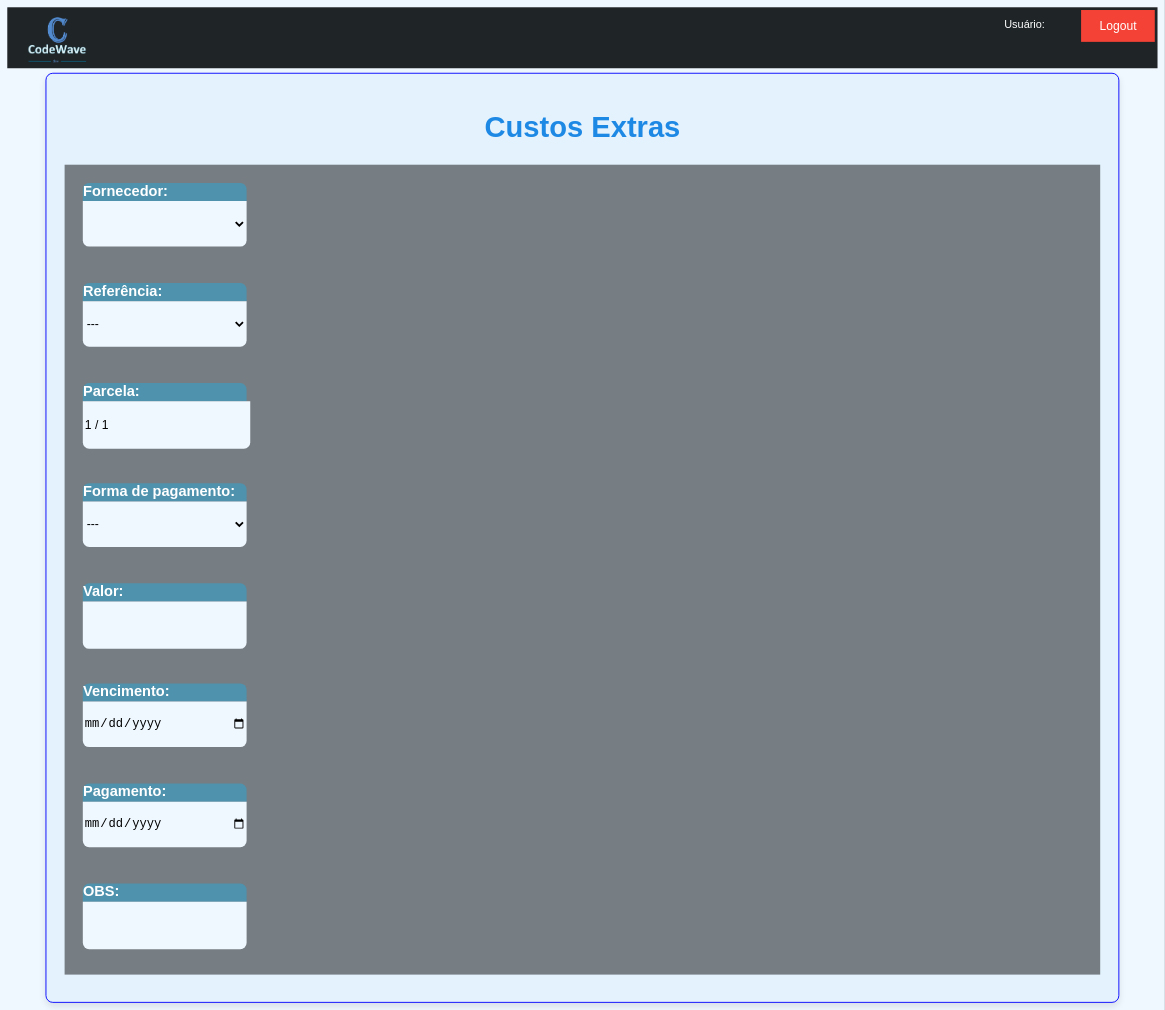
Repository: Romario-Brandao/CodeWave
Page: myproject/loja/templates/outras_despesas.html
An editor plug-in stored every save of this project. The page is shown before and after the next save, followed by the edit.
The browser window is 1280 px wide. The pictures show the whole page, at 91% of full size.
The template is drawn by Django 5.2. The application's start-up code is not run. Other server files are loaded and not shown. The template is opened directly, without the code that normally fills it, so the values that code supplies are empty.

Above is the page before, as saved 2025-03-01 01:19:58.

### myproject/loja/templates/outras_despesas.html
{% extends 'base.html' %} {% load static %} {% block body %}

<div class="form_fornecedor" style="width: 90%;">
  <h1>Custos Extras</h1>
  <div class="div_pai_custos_extras">
    <div>
      <div class="caixas_barra_pesquisa_total">
        <h4 class="nome_caixa_item_parcelas">Fornecedor:</h4>
        <select name="fornecedor" class="caixa4">
          <option value=""></option>
          {% for item in fornecedores %}
          <option value="{{item.id}}">{{item.nome}}</option>
          {% endfor %}
        </select>
      </div>
      <div class="caixas_barra_pesquisa_total">
        <h4 class="nome_caixa_item_parcelas">Referência:</h4>
        <select name="forma_pg" class="caixa4" required>
          <option value="">---</option>
        <option value="AGUA">Água</option>
        <option value="CONTADOR">Contador</option>
        <option value="ENERGIA">Energia</option>
        <option value="INTERNET">Internet</option>
        <option value="SISTEMA ERP">Sistema ERP</option>
        <!-- <option value="ENERGIA"></option> -->
        </select>
      </div>
      <div class="caixas_barra_pesquisa_total">
        <h4 class="nome_caixa_item_parcelas">Parcela:</h4>
        <input type="text" name="parcela" class="caixa4" value="1 / 1">
      </div>
      <div class="caixas_barra_pesquisa_total">
        <h4 class="nome_caixa_item_parcelas">Forma de pagamento:</h4>
        <select name="forma_pg" class="caixa4" required>
          <option value="">---</option>
          <option value="BOLETO">Boleto</option>
          <option value="C.CREDITO">C.Crédito</option>
          <option value="C.DEBITO">C.Débito</option>
          <option value="DINHEIRO">Dinheiro</option>
          <option value="PIX / TRANSFERENCIA">PIX / Transferência</option>
        </select>
      </div>
      <div class="caixas_barra_pesquisa_total">
        <h4 class="nome_caixa_item_parcelas">Valor:</h4>
        <input class="caixa2_parcelas" required name="valor" type="text" value="{{ valor_parcela }}" oninput="this.value=this.value.replace(/[^0-9,]/g, '').replace(/(,.*?)(,.*)/, '$1').replace(/(\d+),(\d{2})(\d.*)/, '$1,$2')">
      </div>
  </div>
  <div class="caixas_barra_pesquisa_total">
    <h4 class="nome_caixa_item_parcelas">Vencimento:</h4>
    <input class="caixa2_parcelas widht_data" required name="vencimento" type="date">
  </div>
  <div class="caixas_barra_pesquisa_total">
    <h4 class="nome_caixa_item_parcelas">Pagamento:</h4>
    <input class="caixa2_parcelas widht_data" name="pagamento" type="date"
    name="vencimento">
  </div>
  <div class="caixas_barra_pesquisa_total">
    <h4 class="nome_caixa_item_parcelas">OBS:</h4>
    <input class="caixa2_parcelas" type="text" name="obs"
    name="obs">
  </div>
  </div>

</div>


{% endblock %}

### myproject/loja/templates/base.html
{% load static %}
<!DOCTYPE html>
<html lang="pt-br">
  <head>
    <meta charset="UTF-8" />
    <meta name="viewport" content="width=device-width, initial-scale=1.0" />
    <title>"NOME DA EMPRESA"</title>
    <link rel="stylesheet" type="text/css" href="{% static 'css/main.css' %}" />
    <link rel="preconnect" href="https://fonts.googleapis.com" />
    <link rel="preconnect" href="https://fonts.gstatic.com" crossorigin />

    <link
      href="https://fonts.googleapis.com/css2?family=Inter:wght@400;700&display=swap"
      rel="stylesheet"
    />
  </head>
  <body>
    <div class="espaco_logo">
      <a class="imagem_logo" href="{% url 'menu' %}">
        <img src="{% static 'imagens/logo.jpeg' %}" alt="Logo" width="70px" />

        <!-- <img src="static/imagens/logo.jpeg" alt="Logo" width="70px" /> -->
      </a>
      <p class="nome_do_usuario">Usuário: {{ nome_usuario }}</p>
      <form method="POST" action="{% url 'logout' %}">
        {% csrf_token %}
        <button class="btn-logout" type="submit">Logout</button>
      </form>
    </div>

    {% block body %} {% endblock %}
  </body>
  <script>
    function applyPhoneMask(input) {
        // Remove tudo que não é número
        let value = input.value.replace(/\D/g, '');

        // Aplica a máscara (00) 0 0000-0000
        value = value.replace(/^(\d{2})(\d)/, '($1) $2');    // Coloca os parênteses e espaço
        value = value.replace(/(\d{1})(\d{4})(\d{4})$/, '$1 $2-$3'); // Coloca o espaço e traço

        // Atualiza o valor do campo
        input.value = value;
    }
  </script>
  <script>
    let isSubmitting = false;

    function preventMultipleSubmissions(form) {
      if (isSubmitting) {
        alert("O formulário já está sendo enviado. Aguarde...");
        return false;
      }
      isSubmitting = true;
      return true;
    }
  </script>
</html>

### myproject/static/css/main.css
.body_caixa {
  background-color: #09428e;
  background-color: rgba(1, 5, 8, 0.871);
  width: 1450px;
  height: 100%;
  margin: 50px 0 0 60px;
}

.caixa,
.sub_valor,
.forma_pg_valor {
  background-color: rgb(255, 255, 255);
}

.nome_caixa_item,
.nome_caixa_pg,
.titulos_lista_produtos,
.sub,
.forma_pg {
  color: rgb(255, 255, 255);
  background-color: rgba(0, 183, 255, 0.336);
}

/*  */
.cabecalho {
  background-color: blue;
  color: white;
  /* Adicione esta linha se quiser que o texto dentro do cabeçalho fique branco */
  padding: 2px;
  /* Adicione algum preenchimento para melhorar a aparência */
  display: flex;
}

.ferramentas {
  height: 83px;
  width: 200px;
  margin: 0 0 0 400px;
}

/*  */

.barra_pesquisa {
  display: flex;
  padding: 0 0 0 -10px;
}

/*  */
/*  */

.item_ferramenta {
  margin: 10px 0 0 0;
  background-color: blue;
  border-radius: 3px;
  text-align: center;
  height: 50px;
  width: 100px;
  border-radius: 7px;
  border: 1px solid black;
  color: aliceblue;
}

/*  */

.caixa_item {
  margin: 0 0 0 20px;
}

.caixa_item_compra {
  margin: 0 0 0 40px;
}

.caixa_item1 {
  margin: 0 0 0 0;
}

.sub_pg {
  display: flex;
}

.nome_caixa_item {
  border-radius: 7px 7px 0 0;
  height: 20px;
  width: 250px;
  margin: 0;
}

.caixa1 {
  border: 0;
  width: 250px;
  height: 50px;
  border-radius: 0 0 7px 7px;
  background-color: aliceblue;
  margin-top: 0;
}



.caixa_data {
  border: 0;
  width: 249px;
  height: 50px;
  border-radius: 0 0 7px 7px;
  background-color: aliceblue;
  margin-top: 0;
}

.caixa2 {
  border: 0;
  width: 246px;
  height: 50px;
  border-radius: 0 0 7px 7px;
  background-color: aliceblue;
  margin-top: 0;
}

.tamanho_cod_produto {
  width: 126px;
  height: 49px;
  margin: 0 20px 0 0;
}

.tamanho_cod_produto2 {
  width: 130px;
  margin: 0 20px 0 0;
}

.tamanho_cod_produto3 {
  margin: 0 -70px 0 80px;
}

.caixas_barra_pesquisa {
  width: 200px;
  height: 100px;
  margin: 0 0 10px 75px;
  border: 0;
}

.caixas_barra_pesquisa2 {
  width: 200px;
  height: 100px;
  margin: 0 0 10px 40px;
  border: 0;
}

.caixas_barra_pesquisa_excuir {
  width: 215px;
  height: 100px;
  margin: 0 60px 0 10px;
  border: 0;
}

.espacamento_caixa_excluir_compra {
  margin-left: 430px;
}

.caixa_botoes {
  margin: 0 0 0 70px;
}

.botao_caixa {
  width: 70px;
  height: 50px;
  border: 1px solid blue;
  margin: 0 0 0 10px;
  background-color: rgb(25, 0, 255);
  border-radius: 7px;
  color: #ffffff;
}

/*  */

.tela_principal {
  display: flex;
}

/*  */

.caixa_item_2 {
  margin: 0 10px 20px 0;
}

.caixa_item_3 {
  margin: 0 0 20px 70px;
}

.excluir_item {
  margin: 20px 0 0 7px;
}

.excluir_item {
  margin: 20px 0 0 70px;
}

.titulos_lista_produtos {
  background-color: rgba(0, 17, 255, 0.596);
  /* text-align: justify; */
  text-align: center;
  height: 20px;
  width: 100%;
  margin: 0;
  border-radius: 5px 5px 0 0;
}

.resumo_caixa {
  border-radius: 7px;
  margin: 0 0 0 5px;
  width: 990px;
  height: 343px;
  background-color: rgb(255, 255, 255);
  overflow-y: auto;
}

.resumo_caixa2 {
  margin: 0 0 0 -780px;
}

.resumo_caixa3 {
  border-radius: 7px;
  margin: 0 0 0 5px;
  width: 830px;
  height: 343px;
  background-color: rgb(255, 255, 255);
  overflow-y: auto;
}

.div_excluir_servico {
  display: flex;
  margin: 0 0 0 600px;
}

.sub {
  width: 290px;
  margin: 21px 10px 0 620px;
  border-radius: 7px 7px 0 0;
}

.sub_valor {
  width: 290px;
  height: 49px;
  margin: 0 10px 0 620px;
  border-radius: 0 0 7px 7px;
}

.forma_pg {
  width: 290px;
  margin: 21px 10px 0 10px;
  border-radius: 7px 7px 0 0;
}

.forma_pg_valor {
  width: 290px;
  height: 49px;
  margin: 0 80px 0 10px;
  border-radius: 0 0 7px 7px;
}

.butao_excluir_servico {
  width: 120px;
  height: 50px;
  border-radius: 7px;
  background-color: #8e091b;
  border: 1px solid white;
}

.butao_excluir_servico:hover {
  background-color: #be0b0bd2;
  border: none;
  color: white;
  cursor: pointer;
}

.finalizar_compra {
  margin: 0 0 0 10px;
}

.butao_excluir_servico1 {
  margin: 0 0 0 20px;
}

.butao_servico {
  width: 120px;
  height: 50px;
  border-radius: 7px;
  background-color: #09428e;
  border: 1px solid white;
}

.butao_servico:hover {
  background-color: #0b59be;
  border: none;
  color: white;
  cursor: pointer;
}

.botao_cadastrar_produtos,
.botao_laterar_produtos {
  display: flex;
}

.botao_adicionar {
  margin: 20px 0 0 20px;
  height: 35px;
}

.titulo_cadastro {
  display: flex;
}

tbody th {
  font-weight: normal;
  /* Remove o negrito */
  font-family: Arial, sans-serif;
  /* Altere para a fonte desejada */
  font-size: 14px;
}

.cabec_rel_prod {
  /* font-weight: normal; */
  /* Remove o negrito */
  font-family: Arial, sans-serif;
  /* Altere para a fonte desejada */
  font-size: 13px;
}

.font_rel_est {
  font-weight: normal;
  /* Caso existam células <td>, remova o negrito também */
  font-family: Arial, sans-serif;
  /* Altere para a fonte desejada */
  font-size: 11px;
}

tbody td {
  font-weight: normal;
  /* Caso existam células <td>, remova o negrito também */
  font-family: Arial, sans-serif;
  /* Altere para a fonte desejada */
  font-size: 14px;
}

table {
  width: 100%;
  border-collapse: collapse;
}

th,
td {
  /* border: 1px solid black;
  padding: 8px; */
  text-align: left;
}

tr:nth-child(even) {
  background-color: #add8e6;
  /* Cor azul claro */
}

.bloco_filtro {
  margin: 0 50px 20px 10px;
  border-left: 1px solid rgb(248, 3, 3);
}

.itens_bloco_filtro {
  margin: 0 0 0 10px;
}

.bloco_cad_prod,
.bloco_alt_prod {
  border: 1px solid blue;
  height: 400px;
  width: 500px;
  padding: 20px;
  margin: 0 20px 0 0;
  border-radius: 7px;
}

.tabela {
  margin-bottom: 0;
}

body {
  font-family: Arial, sans-serif;
  background-color: #f0f8ff;
}

.form_fornecedor {
  width: 50%;
  margin: auto;
  border: 1px solid blue;
  background-color: #e3f2fd;
  border-radius: 8px;
  padding: 20px;
  box-shadow: 0px 4px 8px rgba(0, 0, 0, 0.1);
}

h1 {
  text-align: center;
  color: #1e88e5;
}

hr {
  border: 1px solid #1e88e5;
}

.table_fornecedor {
  width: 100%;
  margin-bottom: 20px;
  border-spacing: 10px;
  /* Espaço entre células */
}

td {
  padding: 10px;
}

.label_for {
  font-weight: bold;
  color: #1565c0;
}

.input_cad_cli_for {
  width: 500px;
  padding: 10px;
  border: 1px solid #64b5f6;
  border-radius: 4px;
  background-color: #ffffff;
  font-size: 14px;
}

.input_cad_cli_for_select {
  width: 523px;
}

textarea.input_cad_cli_for {
  resize: none;
}

.input_cad_cli_for:focus {
  border-color: #1e88e5;
  outline: none;
}

.btn_submit_for {
  background-color: #1e88e5;
  color: white;
  padding: 10px 20px;
  border: none;
  border-radius: 4px;
  cursor: pointer;
  display: block;
  margin: 20px auto;
}

.btn_submit_for:hover {
  background-color: #1565c0;
}

.quant_vend_ult_d {
  border: 0;
  font-weight: bold;
  font-size: 12px;
  background-color: None;
}

.finalizar_excluir_item_compra {
  margin: -30px 0 0 585px;
}

.espaco_logo {
  display: flex;
  background-color: rgba(1, 5, 8, 0.871);
  width: 100%;
  margin: 0 0 5px 0;
}

.imagem_logo {
  margin: 0 0 0 20px;
}

.nome_do_usuario {
  /* align-items: end; */
  color: #ffffff;
  margin-left: auto;
  padding: 0 40px 0 0;
  font-size: 12px;
}

.menu {
  border: 1px solid black;
  border-radius: 7px;
  align-items: baseline;
  height: 560px;
  width: 400px;
  margin: 60px 0 0 200px;
  padding: 20px 10px 0 20px;
  background-color: rgba(1, 5, 8, 0.871);

}

.menu2 {
  max-height: 480px;
  /* Define a altura máxima para a div menu2 */
  overflow-y: auto;
  /* Ativa a barra de rolagem vertical apenas para menu2 */
  scrollbar-width: none;
  /* Remove a barra visível no Firefox */
  -ms-overflow-style: none;
  /* Remove a barra no IE e Edge */
}

.menu2::-webkit-scrollbar {
  display: none;
  /* Remove a barra de rolagem nos navegadores WebKit */
}

.link_menu {
  text-decoration: none;
  color: #ffffff;
  display: inline-block;
  /* Permite que o background preencha o espaço */
  transition: background-color 0.2s;
  /* Suaviza a transição de cor */
  width: 100%;
  height: 30px;
  /* padding: 1px 0 0 2px; */
}

.link_menu:hover,
a:active,
a:focus {
  text-decoration: none;
  /* Mantém o sublinhado removido mesmo ao passar o mouse ou focar */
  color: inherit;
  /* Mantém a cor ao passar o mouse ou focar */
}

.link_menu:hover {
  background-color: #ffffff;
  /* Define a cor de fundo ao passar o mouse */
  border-radius: 5px;
}

.resumo_contas_pag_rec {
  border-right: 1px solid red;
  margin: 0 10px 0 0;
  padding: 0 10px 0 0;
}

.btn-logout {
  background-color: #f44336;
  color: white;
  border: none;
  padding: 10px 20px;
  cursor: pointer;
  margin: 3px 3px 0 0;
}

.btn-logout:hover {
  background-color: #d32f2f;
}

.body {
  text-align: center;
  /* background: linear-gradient(to bottom, rgb(0, 217, 255) 50%, rgb(17, 0, 255) 100%); */
  background: linear-gradient(to bottom, #011b4d 40%, #f70202 190%);
  /* background: linear-gradient(to bottom, #001845 50%, #000 100%); */
  overflow: hidden;
  height: 100vh;
  margin: 0;
  position: relative;
}

.login {
  border: solid 3px rgb(248, 61, 4);
  margin: 60px 0 200px 200px;
  padding: 50px;
  border-radius: 20px;
  width: 300px;
  text-align: left;
  color: white;
}

.login h1 {
  color: rgb(3, 248, 3);
  /* Define a cor verde clara para o título "Login" */
}

.login,
.input_login,
.hr_login {
  margin-bottom: 20px;
  /* Adiciona espaçamento abaixo do <hr> */
}

.titulo {
  text-align: center;
}

.label_login {
  display: block;
  /* Garante que o rótulo ocupe uma linha inteira */
  margin-top: 10px;
  /* Adiciona espaço acima dos rótulos */
}

.caixa_login {
  width: calc(100% - 22px);
  /* Adapta a largura ao container com 10px de padding e 1px de borda de cada lado */
  padding: 10px;
  border: 1px solid #ccc;
  /* Cor e espessura da borda */
  border-radius: 5px;
  /* Cantos arredondados */
  box-sizing: border-box;
  /* Inclui padding e borda na largura total */
}

.botao_login {
  background-color: rgb(0, 0, 255);
  /* Cor de fundo do botão */
  border: none;
  /* Remove a borda padrão */
  color: black;
  /* Cor do texto */
  padding: 10px 20px;
  /* Espaçamento interno */
  text-align: center;
  /* Centraliza o texto */
  text-decoration: none;
  /* Remove sublinhado */
  display: inline-block;
  /* Permite a definição de padding e margin */
  font-size: 16px;
  /* Tamanho da fonte */
  margin-top: 10px;
  /* Espaçamento superior */
  border-radius: 5px;
  /* Cantos arredondados */
  cursor: pointer;
  /* Cursor de mãozinha ao passar o mouse */
  transition: background-color 0.3s ease;
  /* Transição suave para mudança de cor */
}

.botao_login:hover {
  background-color: DarkBlue;
  /* Cor de fundo ao passar o mouse */
  color: #ccc;
}

.input_login {
  margin: 20px 0 20px 0;
  border: 1px solid #001845;
  border-radius: 7px;
  height: 30px;
  width: 100%;
}

.caixa_div_produto {
  margin: 30px 0 20px 0;
  display: flex;
}

.produto_cadastro {
  margin: 0 0 0 60px;
}

.label_uni_med {
  margin: 0 0 0 47px;
}

.tr_cad_produtos {
  width: 25%;
}

.bloco_filtro_dashboard {
  margin: 10px 0 0 15px;
}

.filtro_dashboard_anos {
  display: flex;
}

.caixas_barra_pesquisa3 {
  width: 300px;
}

.caixa3,
.nome_caixa_item3 {
  width: 355px;
}

.butao_servico {
  margin: 0 0 0 -5px;
}

.caixas_barra_pesquisa_total {
  width: 120px;
  height: 100px;
  margin: 0 50px 10px 20px;
  border: 0;
  gap: 30px;
}

.nome_caixa_item_parcelas {
  color: rgb(255, 255, 255);
  background-color: rgba(0, 183, 255, 0.336);
  border-radius: 7px 7px 0 0;
  height: 20px;
  width: 180px;
  margin: 0;
}

.caixa2_parcelas {
  border: 0;
  width: 146.5%;
  height: 50px;
  border-radius: 0 0 7px 7px;
  background-color: aliceblue;
  margin-top: 0;
}

.button_fechamento {
  height: 70%;
  width: 120%;
  background-color: rgba(0, 128, 0, 0.281);
  border-radius: 7px;
  border: 1px solid white;
}

.button_fechamento:hover {
  background-color: rgba(0, 128, 0, 0.788);
  border: none;
  color: white;
  cursor: pointer;
}

.caixa4 {
  border: 0;
  width: 180px;
  height: 50px;
  border-radius: 0 0 7px 7px;
  background-color: aliceblue;
  margin-top: 0;
}

.td_contas {
  padding: 0;
  margin: 0;
  text-align: right;
}


.nome_caixa_item2 {
  width: 120px;
}

.input_caixa_item2 {
  width: 116px;
}

.table-container {
  max-height: 300px;
  /* Altura máxima da tabela */
  overflow-y: auto;
  /* Habilita rolagem vertical */
}

.table-fixa th {
  position: sticky;
  /* Torna os cabeçalhos fixos */
  top: 0;
  /* Fixa no topo durante a rolagem */
  background-color: #f9f9f9;
  /* Cor de fundo do cabeçalho */
  z-index: 2;
  /* Garante que o cabeçalho fique acima das células */
}

.widht_data {
  width: 179px;
}

.hr_parcela {
  width: 50%;
  margin-left: 20px;
  height: 0.10px;
  background-color: yellow;
  border: none;
}


.menu_relatorio {
  display: none;
  position: absolute;
  /* Permite que o menu seja posicionado sobre outros elementos */
  background-color: rgba(1, 5, 8, 0.871);
  width: 300%;
  padding: 10px;
  z-index: 10;
  /* Garante que o menu esteja acima de outros elementos */
}

.barra_menu_relatorio {
  position: relative;
  /* Necessário para que o menu seja posicionado relativo a este elemento */
  width: 100%;
}

.barra_menu_relatorio:hover .menu_relatorio {
  display: block;
  left: 100px;
  /* margin: 0 0 0 50%; */
}



.form_fornecedor_relatorio {
  width: 95%;
}

.checkbox-container {
  width: 100px;
  display: grid;
  grid-template-columns: repeat(3, 1fr);
  /* Três colunas */
  gap: 10px;
  /* Espaçamento entre os itens */
  align-items: center;
  /* Alinha verticalmente os elementos */
}


.checkbox_folha {
  display: flex;
  justify-content: space-between;
}

.input_folha {
  width: 80px;
  border-radius: 3px;
}

#listaProdutos,
#listaServicos {
  position: absolute;
  display: none;
  width: 400px;
  height: 220px;
  overflow-y: auto;
  border: 2px solid #00000065;
  border-radius: 10px;
  padding: 5px;
  margin-top: 5px;
  background-color: white;
  color: #333;
  outline: none;
  z-index: 10;
}

#listaProdutos option:hover,
#listaServicos option:hover {
  background-color: #5490cf8c;
  color: rgb(48, 45, 45);
}

.div_pai_custos_extras {
  padding-top: 20px;
  /* display: flex; */
  /* columns: 6; */
  background-color: rgba(0, 0, 0, 0.482);


}

After the next save:
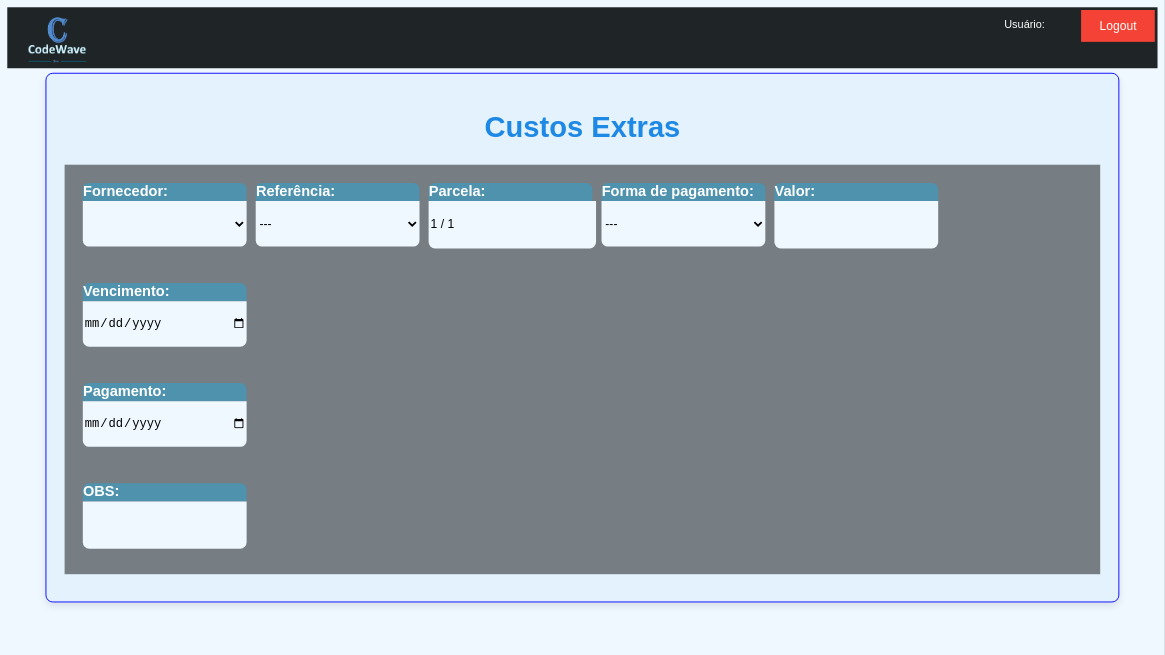
Saved 15 s later.
--- a/myproject/loja/templates/outras_despesas.html
+++ b/myproject/loja/templates/outras_despesas.html
@@ -3,7 +3,7 @@
 <div class="form_fornecedor" style="width: 90%;">
   <h1>Custos Extras</h1>
   <div class="div_pai_custos_extras">
-    <div>
+    <div style="display: flex;">
       <div class="caixas_barra_pesquisa_total">
         <h4 class="nome_caixa_item_parcelas">Fornecedor:</h4>
         <select name="fornecedor" class="caixa4">
